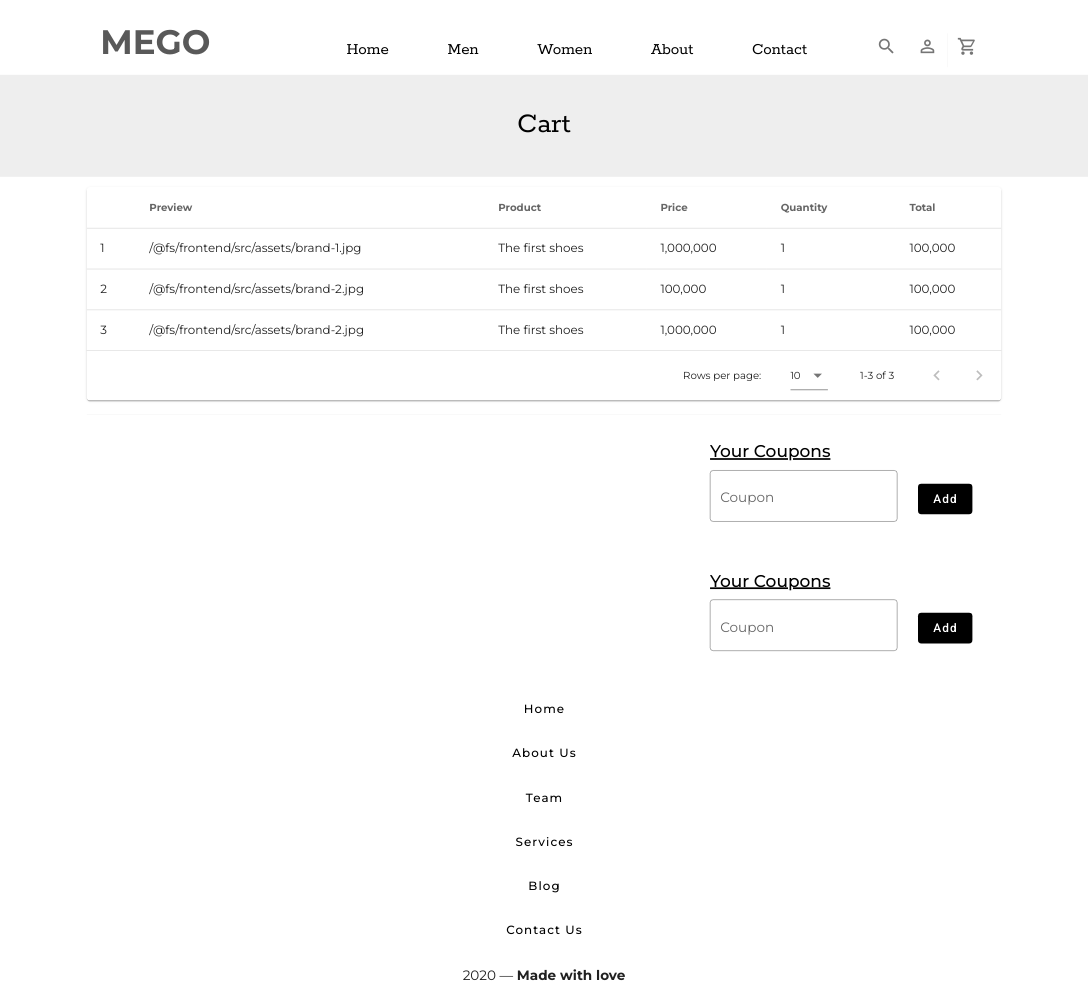
Repository: nguyenphuong152/shoesstore
Page: /cart (app in frontend/)
These files come from the project's save history. The page is drawn as it stood at one moment and after the next save; the edit follows.
The browser window is 1280 px wide. The pictures show the whole page, at 85% of full size.
The project was rebuilt for these pictures with package versions that can differ from the ones it lists, and the page was loaded fresh each time. Also part of the build but not shown: frontend/vue.config.js, frontend/src/components/Customer/Collection.vue, frontend/src/components/Customer/Banner.vue, frontend/src/components/Customer/BestSeller.vue, frontend/src/components/Customer/Partner.vue, frontend/src/views/Customer/Home.vue, frontend/src/components/Customer/ProductCategory.vue, frontend/src/components/Customer/ProductView.vue and 10 more. Imported but missing from the stored project, and not drawn on this page: frontend/src/views/Admin/Category.vue, frontend/src/views/Admin/ManageProduct.vue, frontend/src/views/Admin/ManageUser.vue, frontend/src/views/Admin/OrderList.vue.

Above is the page before, as saved 2020-11-28 10:38:21.

### frontend/public/index.html
<!DOCTYPE html>
<html lang="en">
  <head>
    <meta charset="utf-8">
    <head>
      <title>MEGO</title>
    </head>
    <meta http-equiv="X-UA-Compatible" content="IE=edge">
    <meta name="viewport" content="width=device-width,initial-scale=1.0">
    <link rel="icon" href="<%= BASE_URL %>favicon.ico">
    <title><%= htmlWebpackPlugin.options.title %></title>
    <link href="https://fonts.googleapis.com/css?family=Montserrat:300,400,500,600,700" rel="stylesheet">
    <link href="https://fonts.googleapis.com/css?family=Rokkitt:100,300,400,700" rel="stylesheet">
    <link rel="stylesheet" href="https://fonts.googleapis.com/css?family=Roboto:100,300,400,500,700,900">
    <link rel="stylesheet" href="https://cdn.jsdelivr.net/npm/@mdi/font@latest/css/materialdesignicons.min.css">
  </head>
  <body>
    <noscript>
      <strong>We're sorry but <%= htmlWebpackPlugin.options.title %> doesn't work properly without JavaScript enabled. Please enable it to continue.</strong>
    </noscript>
    <div id="app"></div>
    <!-- built files will be auto injected -->
  </body>
</html>

### frontend/src/main.js
import Vue from 'vue'
import App from './App.vue'
import vuetify from './plugins/vuetify';
import router from './router'
import '../sass/style.scss'
import 'bootstrap/dist/css/bootstrap.css'
import 'bootstrap-vue/dist/bootstrap-vue.css'
import { BootstrapVue, IconsPlugin } from 'bootstrap-vue'

Vue.use(BootstrapVue)
// Optionally install the BootstrapVue icon components plugin
Vue.use(IconsPlugin)
Vue.config.productionTip = false

new Vue({
  vuetify,
  router,
  render: h => h(App)
}).$mount('#app')

### frontend/src/App.vue
<template>
  <v-app app>
    <v-container v-if="!['Admin', 'Banner', 'Category','Product','ManageUser','OrderList','Dashboard'].includes($route.name)">
      <Toolbar />
    </v-container>
    <v-main>
      <router-view></router-view>
    </v-main>
      <Footer v-if="!['Admin', 'Banner', 'Category','Product','ManageUser','OrderList','Dashboard'].includes($route.name)"/>
  </v-app>

</template>

<script>

import Footer from "./components/Customer/Footer";
import Toolbar from "./components/Customer/Toolbar";

export default {
  name: "App",

  components: {
    Toolbar,
    Footer
  },

  data: () => ({
    //
  }),
};
</script>

### frontend/src/plugins/vuetify.js
import Vue from 'vue';
import Vuetify from 'vuetify/lib';


Vue.use(Vuetify);

const vuetify = new Vuetify({
    theme: {
      themes: {
        light: {
          primary: '#000',
          secondary: '#b0bec5',
          accent: '#8c9eff',
          error: '#b71c1c',
        },
      },
    },
  })

export default new Vuetify({
    vuetify,
});

### frontend/src/router/index.js
import Vue from "vue";
import VueRouter from "vue-router";
import Home from "../views/Customer/Home.vue";
import Men from "../views/Customer/Men.vue";
import Women from "../views/Customer/Women.vue";
import Admin from "../views/Admin/Admin.vue";
import Product from "../views/Admin/ManageProduct.vue";
import Banner from "../views/Admin/Banner.vue";
import Category from "../views/Admin/Category.vue";
import ManageUser from "../views/Admin/ManageUser.vue";
import OrderList from "../views/Admin/OrderList.vue";
import Dashboard from "../views/Admin/Dashboard.vue"
//import ProductDetail from "../views/ProductDetail.vue"

Vue.use(VueRouter);

const routes = [
  {
    path: "/",
    name: "Home",
    component: Home,
  },
  {
    path: "/men",
    name: "Men",
    component: Men,
  },
  {
    path: "/women",
    name: "Women",
    component: Women,
  },
  {
    path: "/about",
    name: "About",
    // route level code-splitting
    // this generates a separate chunk (about.[hash].js) for this route
    // which is lazy-loaded when the route is visited.
    component: () =>
      import(/* webpackChunkName: "about" */ "../views/Customer/About.vue"),
  },
  {
    path: "/contact",
    name: "Contact",
    component: () =>
      import(/* webpackChunkName: "about" */ "../views/Customer/Contact.vue"),
  },
  {
    path: "/cart",
    name: "Cart",
    component: () =>
      import(/* webpackChunkName: "about" */ "../views/Customer/Cart.vue"),
  },
  {
    path: "/account",
    name: "Account",
    component: () =>
      import(/* webpackChunkName: "about" */ "../views/Customer/Account.vue"),
  },
  {
    path: "/userlogin",
    name: "UserLogin",
    component: () =>
      import(/* webpackChunkName: "about" */ "../views/Customer/UserLogin.vue"),
  },
  {
    path: "/checkout",
    name: "Checkout",
    component: () =>
      import(/* webpackChunkName: "about" */ "../views/Customer/Checkout.vue"),
  },
  {
    path: "/product/:id",
    name: "ProductDetail",
    component: () =>
      import(/* webpackChunkName: "about" */ "../views/Customer/ProductDetail.vue"),
  },
  {
    path: "/admin",
    name: "Admin",
    component: Admin,
    children: [
      {
        path: "/banner",
        name: "Banner",
        component: Banner,
      },
      {
        path: "/category",
        name: "Category",
        component: Category,
      },
      {
        path: "/product",
        name: "Product",
        component: Product,
      },
      {
        path: "/manageuser",
        name: "ManageUser",
        component: ManageUser,
      },
      {
        path: "/orderlist",
        name: "OrderList",
        component: OrderList,
      },
      {
        path: "/dashboard",
        name: "Dashboard",
        component: Dashboard,
      },
    ],
  },
];

const router = new VueRouter({
  mode: "history",
  base: process.env.BASE_URL,
  routes,
});

export default router;

### frontend/sass/style.scss

$font-primary: 'Montserrat',
Arial,
sans-serif;
$font-secondary: 'Rokkitt',
Georgia,
serif;


@import '~vuetify/src/styles/styles.sass';

// Overrides
$grid-gutter-width: 20px !default;
$border-radius-base: 4px !default;
$padding-base-vertical: 14px !default;

$brand-primary: #616161 !default;
$brand-secondary: #88c8bc !default;
$brand-yellow: #FFDD00 !default;
$brand-footer-color: #2C2E3E;

$brand-white: #fff;
$brand-black: #000;
$brand-darker: #444;
$brand-gray: #ccc;
$brand-lighter: #e9e9e9;
$brand-body-color: #e8e8e8;
$brand-selection-color: #f9f6f0;
$brand-overlay-color: #4c4a8a;
$brand-bg-color: $brand-white;

.v-btn {
  text-transform:none !important;
}
// .v-text-field{
//   width: 50px;
//   height: 10px;
// }

#app {
  -webkit-font-smoothing: antialiased;
  -moz-osx-font-smoothing: grayscale;

  text-align: center;
  .container {
    max-width: 1100px;
  }
  font: 300
}

.nav {
  padding-left: 0px;
  a {
    font-size: 20px;
    color: lighten($brand-black,35%);
    font-family: $font-secondary;
    text-decoration: none;
    font-weight: 500;
    &.router-link-exact-active {
      color: #42b983;
    }

  }
}

#logo {
  font-size: 40px;
  font-weight: 700;
  font-family: $font-primary;
  color: lighten($brand-black, 35%);
}


.slogan {
  font-size: 50px;
  color: #2c3e50;
  font-family: $font-secondary;
  text-decoration: none;
}

.title-collection{
  @extend .slogan;
  font-size: 25px;
}


.slogan-3 {
  @extend .slogan;
  font-size: 35px;
}

.title-shoes {
  @extend .slogan;
  font-size: 20px;
}


.footer-text {
  font-family:$font-primary;
  font-size: 16px;
}

.admin {
  font-family: $font-primary;
  font-size:16px;
}

.admin-nav {
  font-family: $font-primary !important;
  font-size: 20px !important;
  color: white !important;
}

### frontend/src/components/Customer/Footer.vue
<template>
  <v-footer class="white" padless>
    <v-row justify="center" no-gutters>
      <v-btn
        v-for="link in links"
        :key="link"
        color="black"
        text
        rounded
        class="my-2 footer-text"
      >
        {{ link }}
      </v-btn>
      <v-col class="white py-4 text-center fluid footer-text" cols="12">
        {{ new Date().getFullYear() }} — <strong>Made with love</strong>
      </v-col>
    </v-row>
  </v-footer>
</template>

<script>
export default {
  data: () => ({
    links: ["Home", "About Us", "Team", "Services", "Blog", "Contact Us"],
  }),
};
</script>

<style></style>

### frontend/src/components/Customer/Toolbar.vue
<template>
  <v-toolbar flat>
    <v-row class="d-flex align-baseline">
      <v-col cols="3" class="d-flex justify-lg-start">
        <v-toolbar-title id="logo">MEGO</v-toolbar-title>
      </v-col>
      <v-col class="d-flex justify-space-around text-start nav">
        <router-link to="/">Home</router-link>
        <router-link to="/men">Men</router-link>
        <router-link to="/women">Women</router-link>
        <router-link to="/about">About</router-link>
        <router-link to="/contact">Contact</router-link>
      </v-col>
      <v-col cols="2" class="d-flex justify-end">
        <v-btn icon>
          <v-icon>mdi-magnify</v-icon>
        </v-btn>
        <v-menu
          open-on-hover
          top
          offset-y
          :position-x="960"
          :position-y="230"
          absolute
        >
          <template v-slot:activator="{ on, attrs }">
            <v-btn icon v-bind="attrs" v-on="on">
              <v-icon>mdi-account-outline</v-icon>
            </v-btn>
          </template>

          <v-list class="text-start nav">
            <v-list-item v-for="(item, index) in routes" :key="index" :to="item.path">
              <v-list-item-title>{{ item.name }}</v-list-item-title>
            </v-list-item>
          </v-list>
        </v-menu>
        <v-divider vertical inset></v-divider>
        <v-btn icon @click="goToCart">
          <v-icon>mdi-cart-outline</v-icon>
        </v-btn>
      </v-col>
    </v-row>
  </v-toolbar>
</template>

<script>
export default {
  data: () => ({
    routes: [
      {
        path:"/checkout",
        name:"Check Out"
       },
       {
        path:"/account",
        name:"My Account"
       },
       {
        path:"/userlogin",
        name:"User Login"
       },

    ],
  }),
  methods: {
     goToCart: function() {
     this.$router.push({name: 'Cart'})
     }
  }
};
</script>

<style></style>

### frontend/src/views/Customer/Cart.vue
<template>
  <div class="cart app">
    <v-sheet color="grey lighten-3" height="120">
      <v-container py-8>
        <a class="slogan-3">Cart</a>
      </v-container>
    </v-sheet>
    <div>
      <v-container>
        <totalProducts />
        <v-divider></v-divider>
        <v-row>
          <v-col> </v-col>
          <v-col cols="4">
            <addCoupons />
          </v-col>
        </v-row>
        <v-row>
          <v-col>
            <cartTotals />
          </v-col>
          <v-col cols="4">
            <addCoupons />
          </v-col>
        </v-row>
      </v-container>
    </div>
  </div>
</template>

<script>
import totalProducts from "../../components/Customer/TotalProducts";
import addCoupons from "../../components/Customer/AddCoupon";
import cartTotals from "../../components/Customer/TotalProducts";

export default {
  components: { totalProducts, addCoupons },
  data() {},
};
</script>

### frontend/src/components/Customer/TotalProducts.vue
<template>

      <v-data-table :headers="headers" :items="products" class="elevation-1 admin">
        <template v-slot:item.preview>
          <v-img
            lazy-src="item.path"
            max-height="100"
            max-width="100"
            src="'item.path'"
          ></v-img>
        </template>
      </v-data-table>


</template>

<script>
export default {
  data() {
    return {
      headers: [
        {
          text: "",
          align: "start",
          sortable: false,
          value: "id",
        },
        { text: "Preview", value: "path" },
        { text: "Product", value: "name" },
        { text: "Price", value: "price" },
        { text: "Quantity", value: "quantity" },
        { text: "Total", value: "total" },
      ],
      products: [
        {
          id: 1,
          path: require('../../assets/brand-1.jpg'),
          name: "The first shoes",
          price: Intl.NumberFormat('en-EN', { maximumSignificantDigits: 3 }).format(1000000),
          quantity: 1,
          total: Intl.NumberFormat('en-EN', { maximumSignificantDigits: 3 }).format(100000),
        },
        {
          id: 2,
          path: require('../../assets/brand-2.jpg'),
          name: "The first shoes",
          price:Intl.NumberFormat('en-EN', { maximumSignificantDigits: 3 }).format(100000),
          quantity: 1,
          total: Intl.NumberFormat('en-EN', { maximumSignificantDigits: 3 }).format(100000)
        },
        {
         id: 3,
          path: require('../../assets/brand-2.jpg'),
          name: "The first shoes",
          price: Intl.NumberFormat('en-EN', { maximumSignificantDigits: 3 }).format(1000000),
          quantity: 1,
          total:Intl.NumberFormat('en-EN', { maximumSignificantDigits: 3 }).format(100000),
        },
      ],
    };
  },
};
</script>

<style></style>

### frontend/src/components/Customer/AddCoupon.vue
<template>
  <div class="app text-start">
      <a class="admin-nav font-weight-medium black--text">Your Coupons</a>
      <v-row class="d-flex align-baseline">
           <v-col
          cols="8"
        >
          <v-text-field
          class="admin"
            label="Coupon"
            outlined
          ></v-text-field>
        </v-col>
         <v-col
        >
           <v-btn
      depressed
      color="primary"
    >
      Add
    </v-btn>
        </v-col>
      </v-row>
  </div>
</template>

<script>
export default {

}
</script>

<style>

</style>

After the next save:
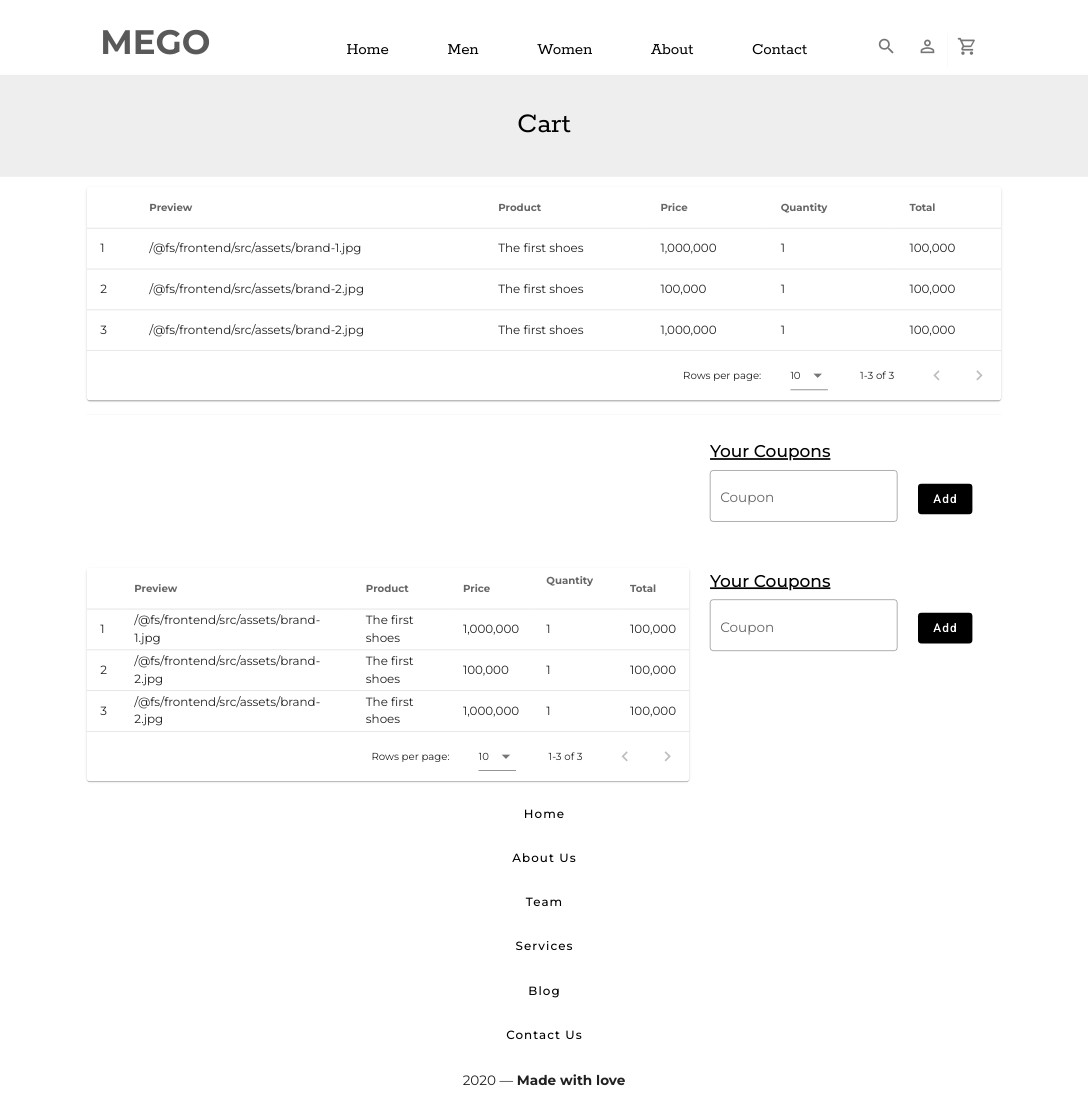
Saved 14 s later.
--- a/frontend/src/views/Customer/Cart.vue
+++ b/frontend/src/views/Customer/Cart.vue
@@ -34,7 +34,7 @@
 import cartTotals from "../../components/Customer/TotalProducts";
 
 export default {
-  components: { totalProducts, addCoupons },
+  components: { totalProducts, addCoupons, cartTotals },
   data() {},
 };
 </script>
